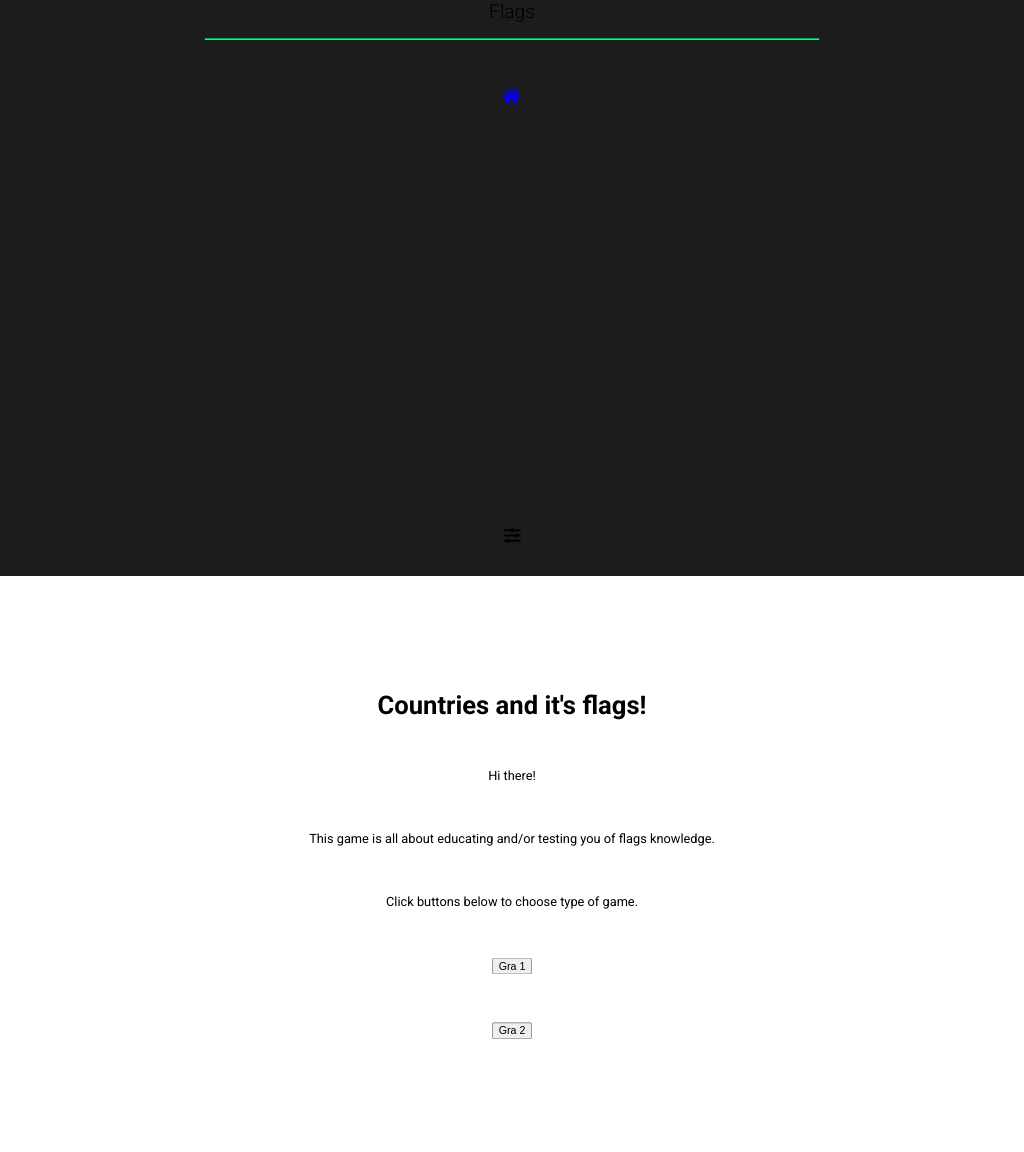
Repository: RXBVK/Flags
Page: /
The author's editor kept a copy of each file at every save. The page is drawn from the files as they stood at one save, then again after the next save.
The browser window is 1280 px wide. The pictures show the whole page, at 80% of full size.
The project was rebuilt for these pictures with package versions that can differ from the ones it lists, and the page was loaded fresh each time.

Above is the page before, as saved 2021-06-29 16:24:43.

After the next save:
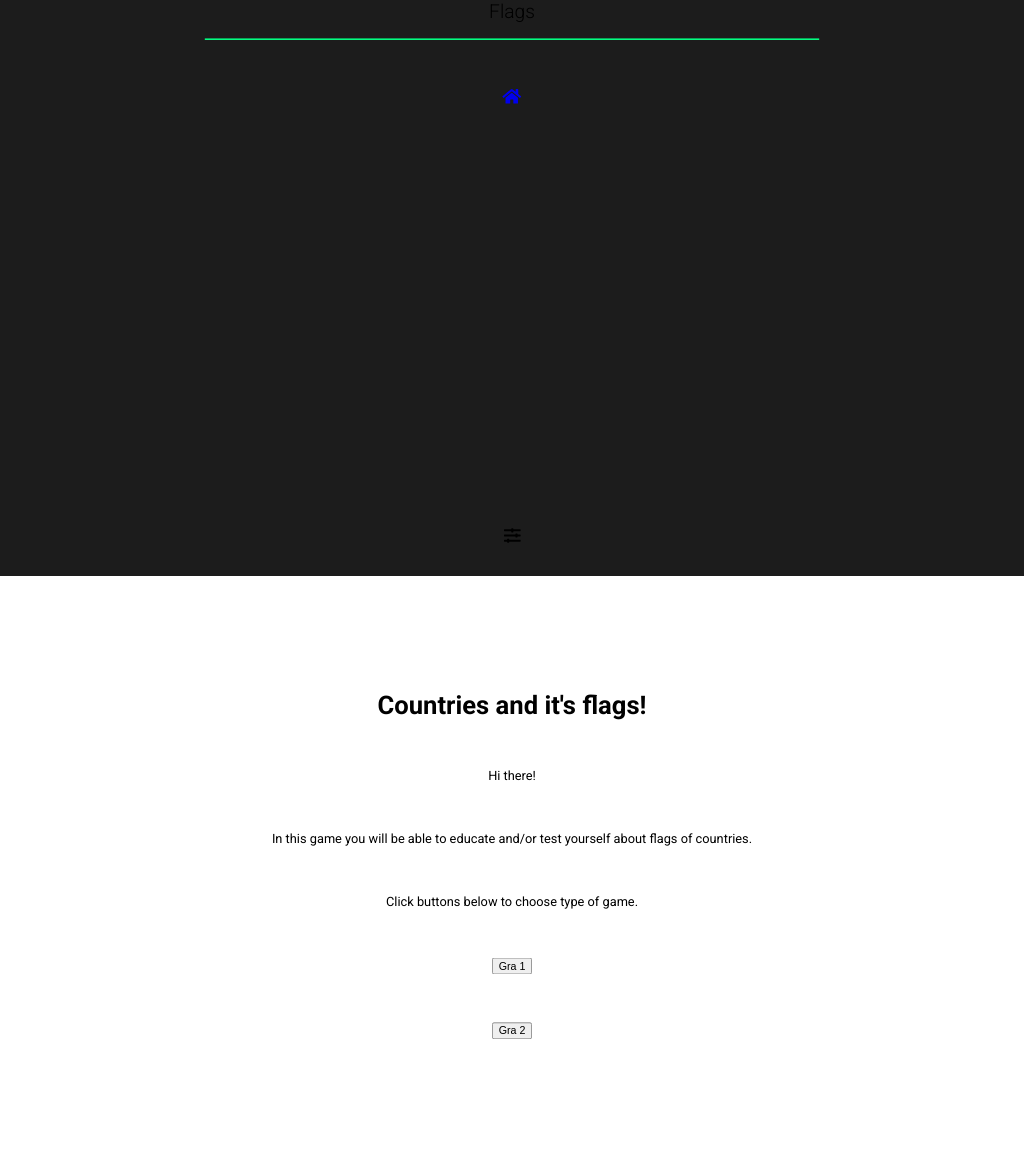
Saved 51 s later.
--- a/src/components/Home/Home.js
+++ b/src/components/Home/Home.js
@@ -6,7 +6,8 @@ export default function Home() {
       <h1>Countries and it's flags!</h1>
       <p>Hi there!</p>
       <p>
-        This game is all about educating and/or testing you of flags knowledge.
+        In this game you will be able to educate and/or test yourself about
+        flags of countries.
       </p>
       <p>Click buttons below to choose type of game.</p>
       <button>Gra 1</button>
